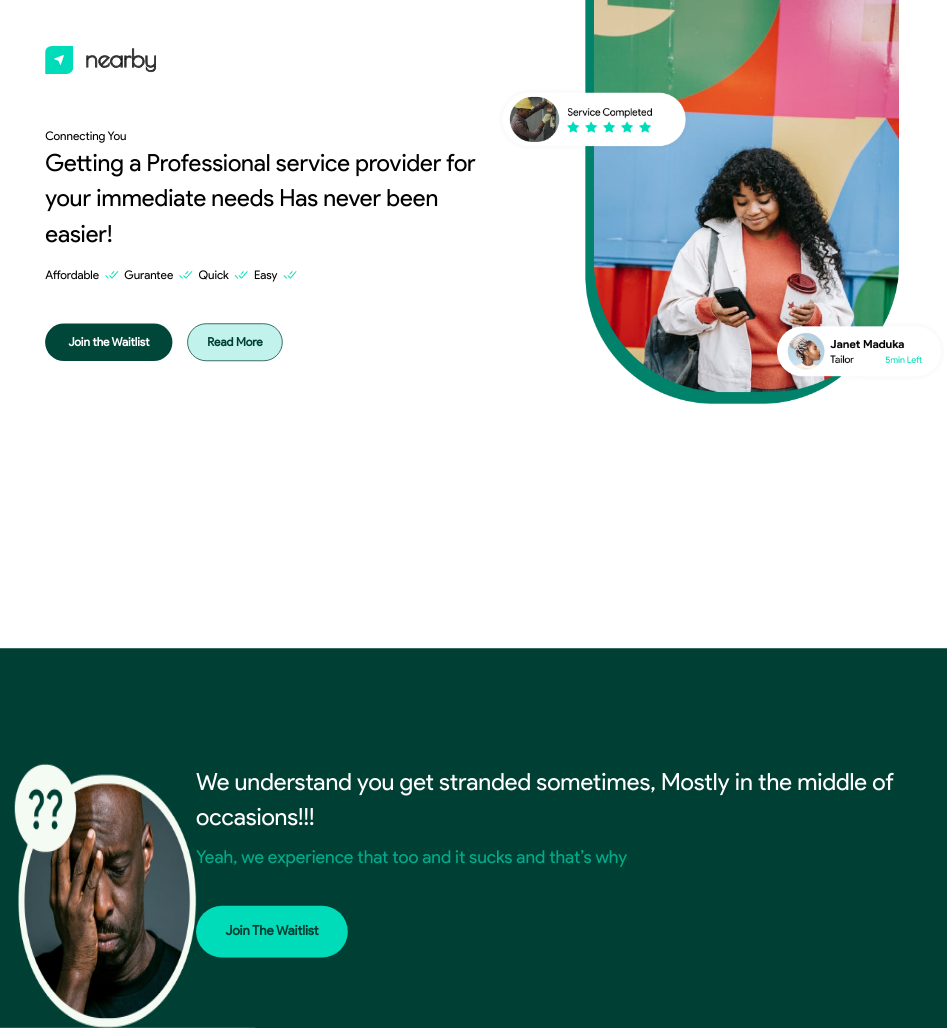
Repository: Eugene44-hub/Mearby
Page: /
The author's editor kept a copy of each file at every save. The page is drawn from the files as they stood at one save, then again after a run of saves.
The browser window is 1280 px wide. The pictures show the whole page, at 74% of full size.
The project was rebuilt for these pictures with package versions that can differ from the ones it lists, and the page was loaded fresh each time.

Above is the page before, as saved 2022-04-30 07:16:24.

### src/App.tsx
import React from 'react';
import Hero from './components/hero/Hero';
import Nav from './components/nav/Nav';
import LandingPage from './pages/landing/LandingPage';

function App() {
  return (
   <>
<Nav/>
<LandingPage/>
</>

);
}

export default App;

### src/components/nav/Nav.tsx
import React from 'react';
import send from '../../assets/images/send.svg';
import nearby from '../../assets/images/nearby logo.svg';
import styles from "./Nav.module.css"
const Nav = () => {
	return (
		<nav className={`md:h-auto h-[96.57px] ${styles.nav} flex`}>
			<header className="m-auto block md:hidden">
				<div className="flex justify-center">
					<img
						src={send}
						className="bg-[#00DCBA] mr-[16.79px] p-3 rounded-tl-[8.91471px] rounded-br-[8.91471px]"
						alt="send"
					/>
					<img src={nearby} alt="send" />
				</div>
			</header>
		</nav>
	);
};

export default Nav;

### src/pages/landing/LandingPage.tsx
import React from 'react'
import Hero from '../../components/hero/Hero';
import Understand from '../../components/understand/Understand';
const LandingPage = () => {
  return (
    <>

    <Hero/>
    <Understand/>
    </>
  )
}

export default LandingPage

### src/components/nav/Nav.module.css
@media screen and (max-width:768px) {
    .nav{
/* display: none; */
/* bg-[#014034] */
background-color:#014034;
}
}

### src/components/hero/Hero.tsx
import React from 'react';
import styles from './Hero.module.css';
import checked from '../../assets/images/checked.png';
import heroImg from '../../assets/images/heroImg.png';
import send from '../../assets/images/send.svg';
import nearby from '../../assets/images/nearbyDark.svg';

const Hero = () => {
	const minorText: string[] = [ 'affordable', 'gurantee', 'quick', 'easy' ];
	return (
		<section className=" md:pl-[61px]">
			<div className={`${styles.container} md:flex justify-between`}>
				<div className={`${styles.heroContainer} mb-[3rem] flex flex-wrap md:w-[50%]`}>
					<div className="md:flex w-[20%] hidden mt-[62px] items-center">
						<img
							src={send}
							className="bg-[#00DCBA] w-[100%] mr-[16.79px] p-3 rounded-tl-[8.91471px] rounded-br-[8.91471px]"
							alt="send"
						/>
						<img src={nearby} alt="send" />
					</div>

					<div className="m-auto">
						<h2 className={` ${styles.connectHead} flex items-end md:h-[95.5px]`}>Connecting You</h2>
						<p className={`text-[2rem] ${styles.connectText}`}>
							Getting a Professional service provider for your immediate needs Has never been easier!
						</p>
					</div>

					<ul className={`${styles.connectList} mt-5 flex justify-between `}>
						{minorText.map((item, index) => (
							<li key={index} className="flex items-center capitalize mr-2">
								{item} <img src={checked} className="w-[18px] ml-2" alt="checked" />
							</li>
						))}
					</ul>

					<div className="w-[100%] md:pt-[53px] md:px-0 p-5">
						<button className="bg-[#004639] font-bold w-[172px] h-[51px] text-white mr-5 rounded-[50px]">
							Join the Waitlist
						</button>
						<button className="bg-[#C1F2EB] font-bold w-[129px] h-[51px] rounded-[50px] text-[#004034] border border-[#004034] capitalize">
							read more
						</button>
					</div>
				</div>
				<div className="md:w-[50%]">
					<img src={heroImg} className={styles.heroImg} alt="" />
				</div>
			</div>
		</section>
	);
};

export default Hero;
// wKcVoY0oBaK0dDUj5
// yX2Q8nskPsN4AjVkAPMBM

### src/components/understand/Understand.tsx
import React from 'react'
import understand from "../../assets/images/understand.png"
import WaitLight from "../../components/Buttons/WaitLight"
const Understand = () => {
  return (
    <div className='bg-[#004034] px-5 pt-[9.75rem] md:flex relative mt-[20rem]'>

  <img src={understand} className=" absolute block md:hidden translate-x-[-50%] left-[50%] top-[-20%]" alt="understand" />
  <img src={understand} className=" w-100%"alt="understand" />

<div>
<div>
  <p className='text-[2rem] text-white'>
  We understand you get stranded sometimes, Mostly in the middle of occasions!!!
  </p>
  <p className='mt-3 text-[1.5rem] text-[#01AB8B] '>
  Yeah, we experience that too and it sucks and that’s why  </p>
</div>

<div className='pt-[3rem] pb-[5.938rem]'>
<WaitLight/>
</div>

</div>



    </div>
  )
}

export default Understand

### src/components/hero/Hero.module.css
.container{
height: 812px;
background-image: url(../../assets/images/mobileHero.png);
background-repeat: no-repeat;
background-position: center;
background-size: 133% 100%;
}


.heroImg{
    display: none;
    width: 100%;
}
.heroContainer{
    /* background-color: black; */
    color: white;

}
.connectHead,.connectText,.connectList{
    padding: 20px;

}
@media screen and (min-width:600px) {
    .container{
    background-image:none;
    height: auto;
}
.connectHead{
    background-color: none;
}
.heroImg{
    display: block;
}
.connectHead{
    background-color: none;
}
.heroContainer{
    /* background-color: black; */
    color: black ;
}

}

@media screen and (min-width:768px) {
    .connectHead,.connectText,.connectList{
        padding: 0px;
    }

}


@media screen and (max-width:600px){
.connectHead{
    background-color: #004034;
}

}
/* .minorTxt{
} */
/* linear-gradient(rgba(0, 64, 52, 1), rgba(0, 57, 64, 0)) */
/* linear-gradient(rgba(0, 64, 52, 1),rgba(0, 64, 52, 1)) */

### src/components/Buttons/WaitLight.tsx
import React from 'react'
import styles from "./Button.module.css"

const Wait = () => {
  return (
    <button className={`${styles.light} capitalize`}>Join the waitlist</button>

  )
}

export default Wait

### src/components/Buttons/Button.module.css
    .light {
        background-color: #00DCBA;
        color: #004034;
        width: 205px;
        font-size: 1.125rem;
    }

    .dark {
        background-color: #004639;
        color: #004034;
        font-size: "1rem";
        width: 192px;
    }

    .light,
    .dark {
        height: 70px;
        border-radius: 50px;
        font-weight: bold;
    }

Loaded but not shown: public/index.html (common file); src/index.tsx (common file); src/index.css (common file); tailwind.config.js (common file)

After the next 3 saves:
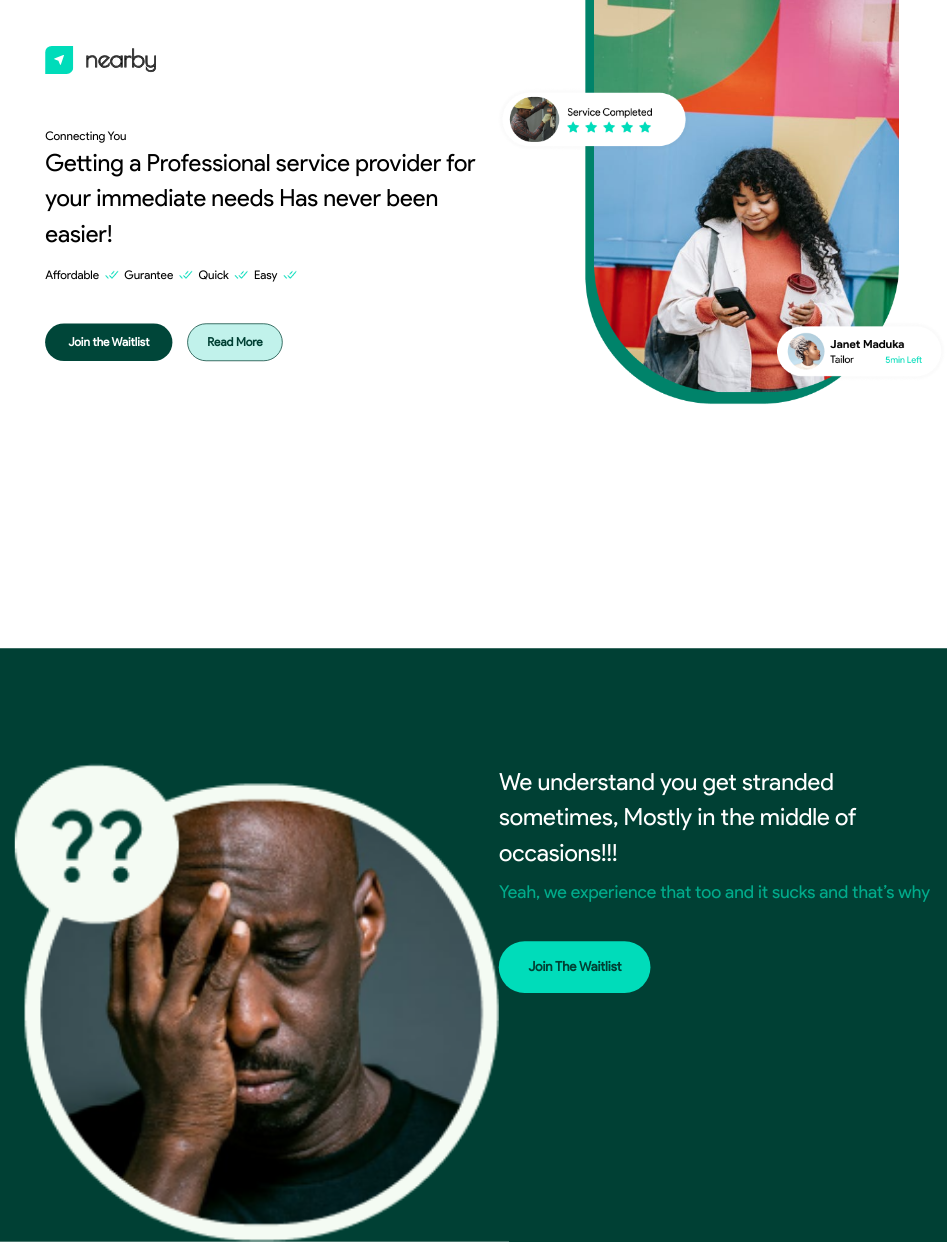
The 3 saves are shown as one change because they came seconds apart.
The last was saved 8 s later.
--- a/src/components/understand/Understand.tsx
+++ b/src/components/understand/Understand.tsx
@@ -6,7 +6,7 @@ const Understand = () => {
     <div className='bg-[#004034] px-5 pt-[9.75rem] md:flex relative mt-[20rem]'>
 
   <img src={understand} className=" absolute block md:hidden translate-x-[-50%] left-[50%] top-[-20%]" alt="understand" />
-  <img src={understand} className=" w-100%"alt="understand" />
+  <img src={understand} className=" w-[100%]"alt="understand" />
 
 <div>
 <div>
